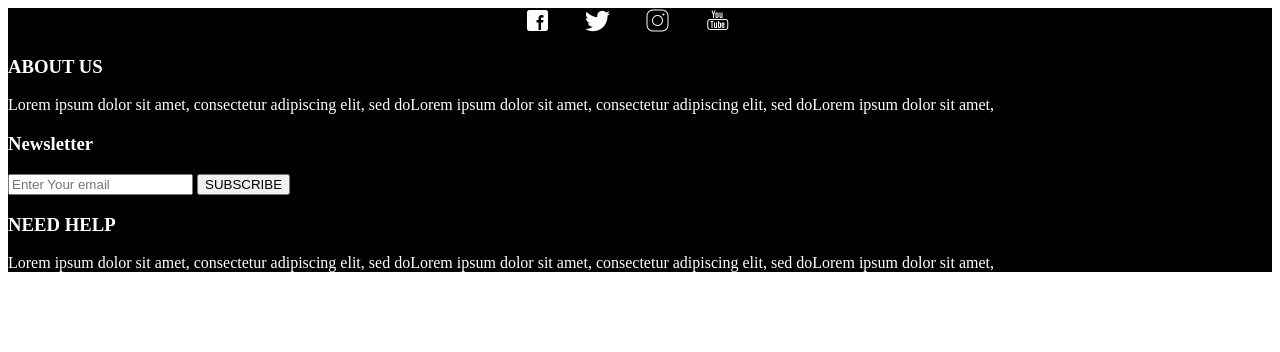
Repository: AVINKUMARP/gifts
Page: demo3.html
The author's editor kept a copy of each file at every save. The page is drawn from the files as they stood at one save, then again after the next save.
The browser window is 1280 px wide. The pictures show the whole page.

Above is the page before, as saved 2023-08-24 15:27:30.

After the next save:
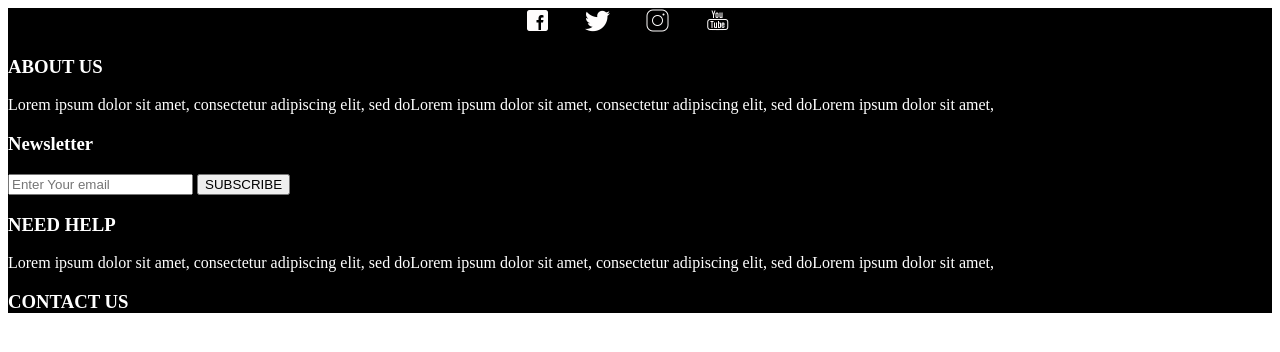
Saved 38 s later.
--- a/demo3.html
+++ b/demo3.html
@@ -50,7 +50,12 @@
                 <p>Lorem ipsum dolor sit amet, consectetur adipiscing elit, sed doLorem ipsum dolor sit amet, consectetur adipiscing elit, sed doLorem ipsum dolor sit amet,</p>
             </div>
             <div class="lfour">
-                <h3></h3>
+                <h3>CONTACT US</h3>
+                <ul type="none">
+                    <li></li>
+                    <li></li>
+                    <li></li>
+                </ul>
             </div>
         </div>
     </div>
